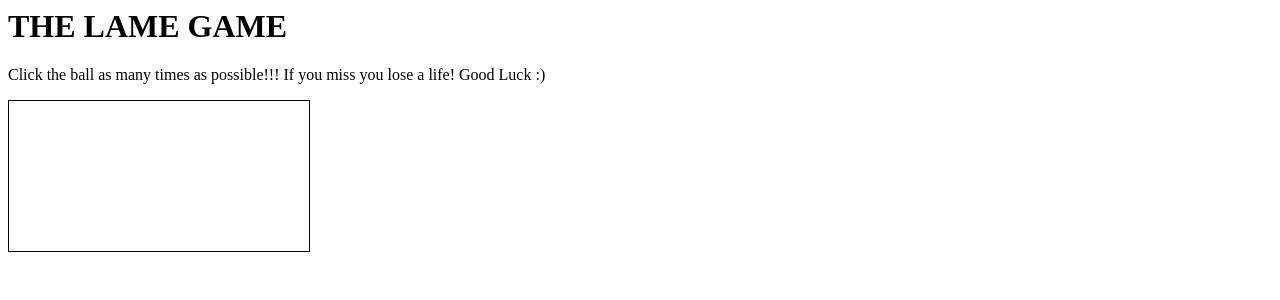
Repository: LilHel21/LillianRod.github.io
Page: mgame.html
The author's editor kept a record of every edit. The page is drawn from the files as they stood at one moment, then again after the next edit.
The browser window is 1280 px wide. The pictures show the whole page.

Above is the page before.

### mgame.html
<html>

  <head>
      <meta http-equiv="Content-Type" content="text/html; charset=UTF-8" />
      <title>Processing Demo</title>
      <script type="text/javascript" src="js/processing.js"></script>
  </head>

  <body>
    <h1>THE LAME GAME</h1>
    <p>Click the ball as many times as possible!!! If you miss you lose a life! Good Luck :)</p>

    <script type="text/processing">


    </script>
    <canvas id="sketch" style="border: 1px solid black;"></canvas>

  </body>

</html>

Loaded but not shown: js/processing.js (library)

After the next edit:
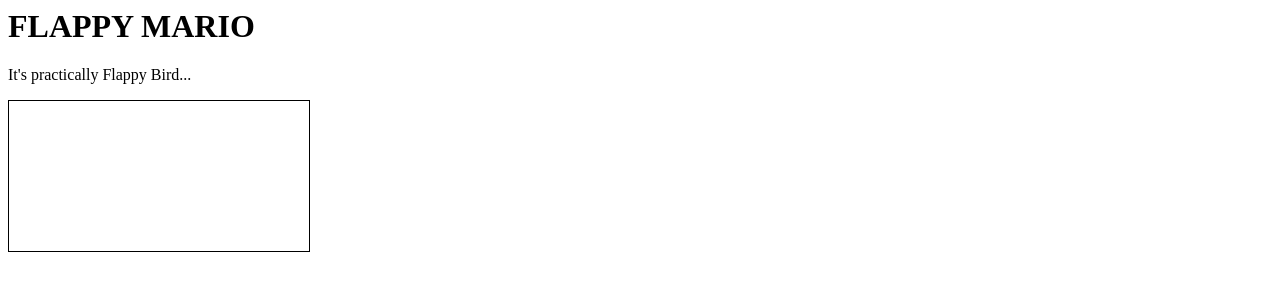
The edit:
--- a/mgame.html
+++ b/mgame.html
@@ -7,8 +7,8 @@
   </head>
 
   <body>
-    <h1>THE LAME GAME</h1>
-    <p>Click the ball as many times as possible!!! If you miss you lose a life! Good Luck :)</p>
+    <h1>FLAPPY MARIO</h1>
+    <p>It's practically Flappy Bird...</p>
 
     <script type="text/processing">
 
